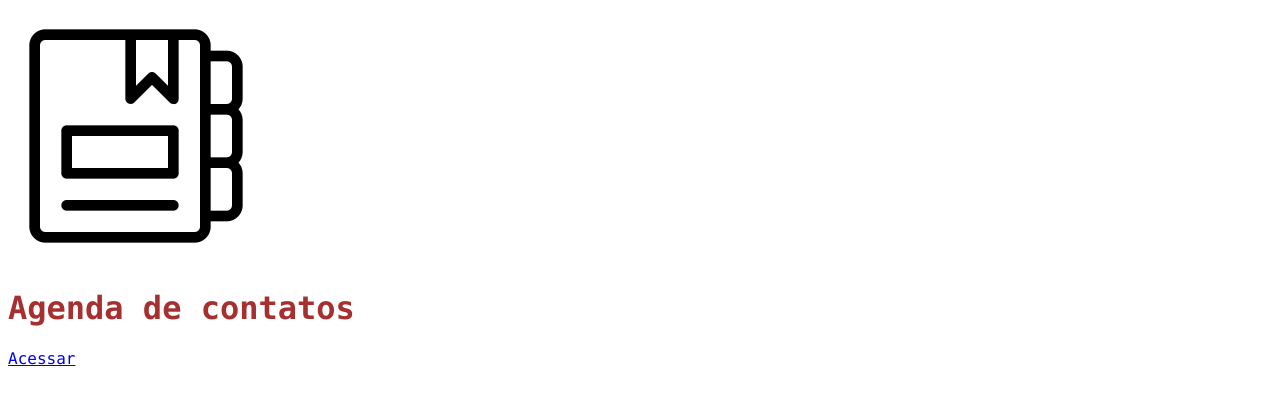
Repository: eduardoantoniojunior/ProjetoAgenda
Page: agenda/src/main/webapp/index.html
The author's editor kept a copy of each file at every save. The page is drawn from the files as they stood at one save, then again after the next save.
The browser window is 1280 px wide. The pictures show the whole page.

Above is the page before, as saved 2025-04-08 03:30:10.

After the next save:
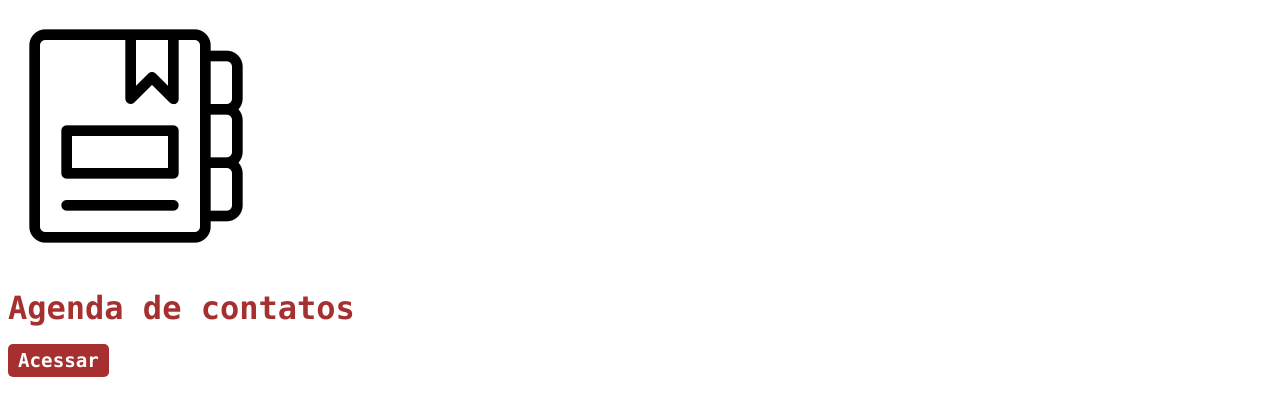
Saved 43 s later.
--- a/agenda/src/main/webapp/index.html
+++ b/agenda/src/main/webapp/index.html
@@ -9,6 +9,6 @@
 <body>
 	<img src="img/agenda.png">
 	<h1>Agenda de contatos</h1>
-	<a href="main">Acessar</a>
+	<a href="main" class="Botao1">Acessar</a>
 </body>
 </html>
